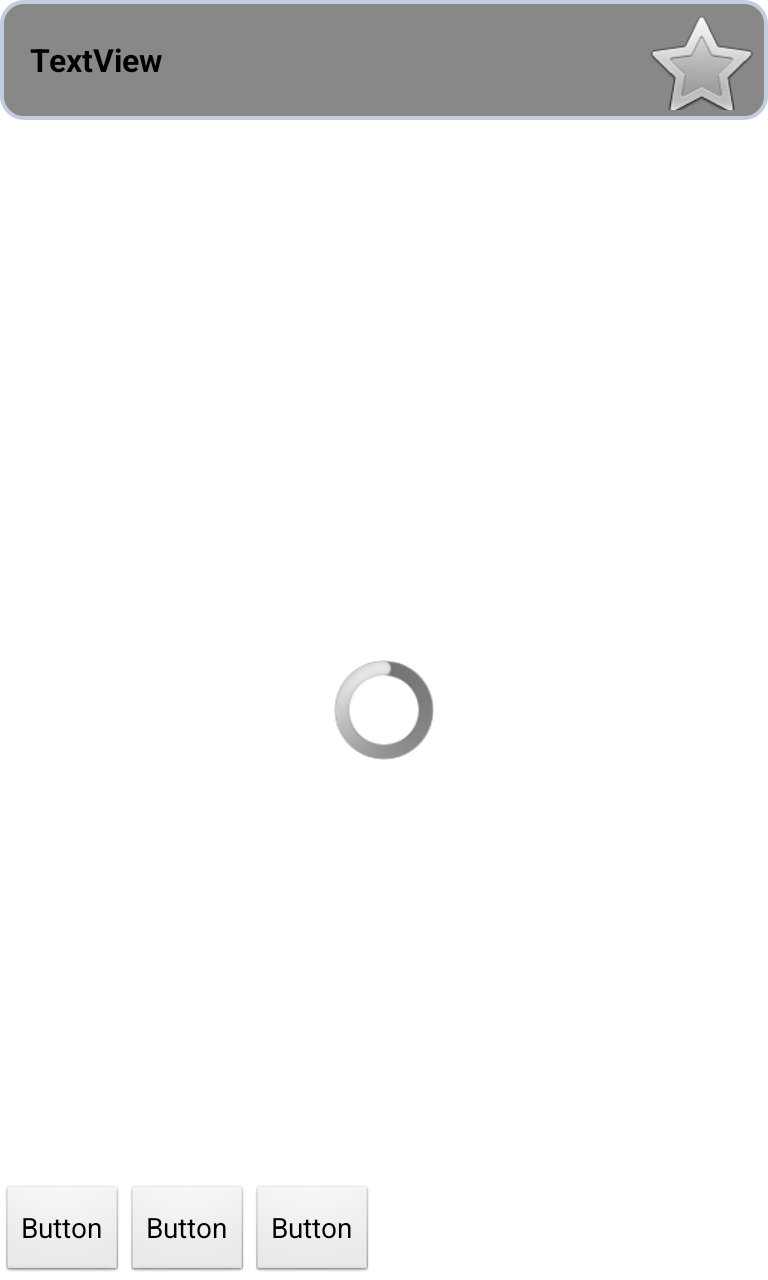
Repository: vinothsridhar/CrickBuzzChallenge
Layout: CricBuzzAndroidApp/res/layout/activity_playerprofile.xml
The author's editor kept a copy of each file at every save. The layout is drawn from the files as they stood at one save, then again after a run of saves.
It is drawn on a 768 x 1280 px phone screen (xhdpi) without system bars, with theme AppTheme; the app's code is not run.

Above is the layout before, as saved 2014-12-20 14:32:54.

After the next 2 saves:
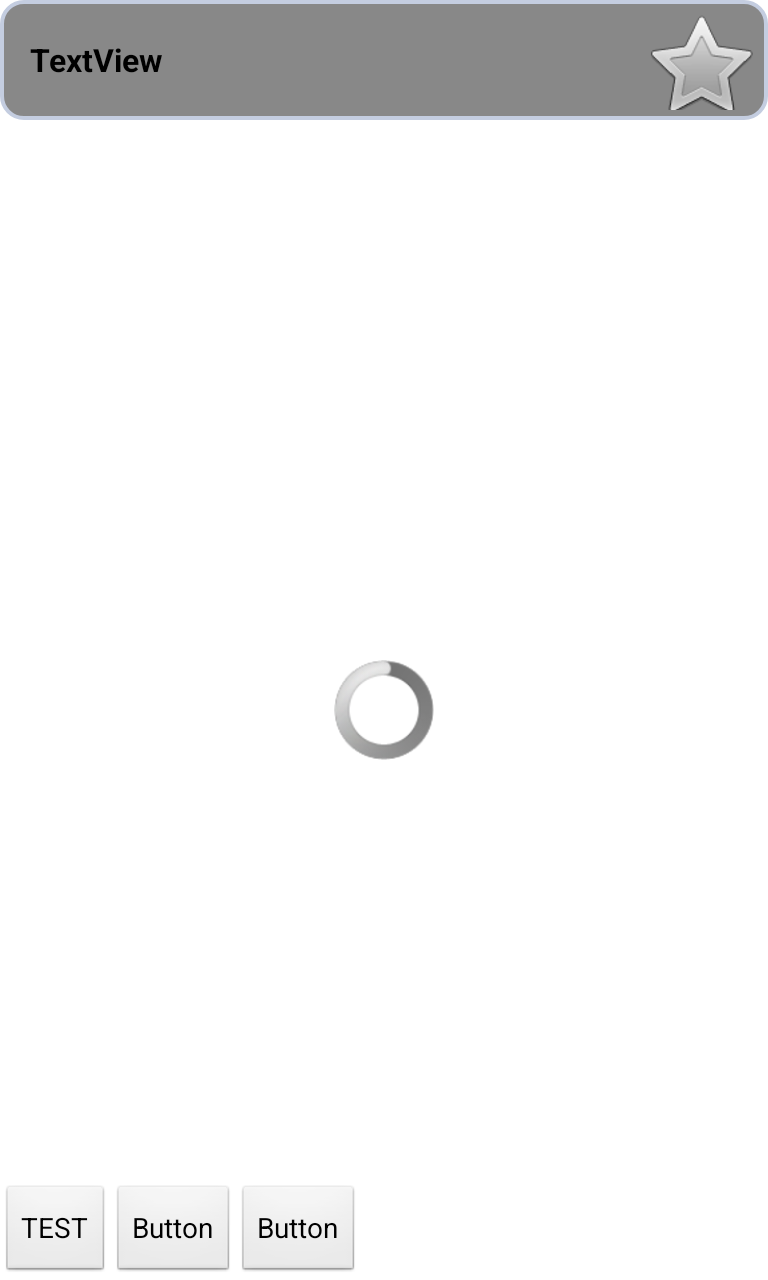
The 2 saves are shown as one change because they came seconds apart.
The last was saved 9 s later.
--- a/CricBuzzAndroidApp/res/layout/activity_playerprofile.xml
+++ b/CricBuzzAndroidApp/res/layout/activity_playerprofile.xml
@@ -34,10 +34,10 @@
                     android:id="@+id/test"
                     android:layout_width="wrap_content"
                     android:layout_height="wrap_content"
-                    android:text="Button" />
+                    android:text="@string/test_text" />
 
                 <Button
-                    android:id="@+id/button2"
+                    android:id="@+id/odi"
                     android:layout_width="wrap_content"
                     android:layout_height="wrap_content"
                     android:text="Button" />
